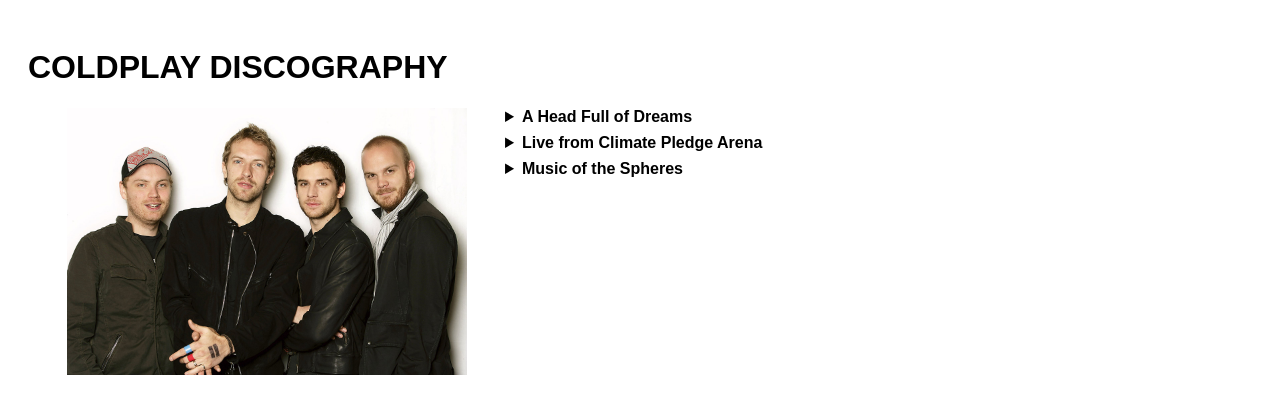
Repository: MelissaJacobi/Frontend-lab-1
Page: /
The author's editor kept a copy of each file at every save. The page is drawn from the files as they stood at one save, then again after the next save.
The browser window is 1280 px wide. The pictures show the whole page.
The project was rebuilt for these pictures with package versions that can differ from the ones it lists, and the page was loaded fresh each time. Also part of the build but not shown: vite.config.js.

Above is the page before, as saved 2024-09-14 16:19:29.

### src/App.jsx
import React from 'react';
import './index.css';

function App() {
  return (
    <div className="app">
      <h1>COLDPLAY DISCOGRAPHY</h1>
      <div className='content'>
        <img className="band-img" src="/public/Coldplay-All-Members.jpg" alt="coldplay members"></img>
        <div className='accordion-container'>
          <details className="accordion">
            <summary className='accordion-header'>A Head Full of Dreams</summary>
              <p>A Head Full of Dreams</p>
              <p>Birds</p>
              <p>Hymn For the Weekend</p>
              <p>Everglow</p>
              <p>Adventure of a Lifetime</p>
              <p>Fun</p>
              <p>keleidoscope</p>
              <p>Army of One</p>
              <p>Amazing day</p>
              <p>Color Spectrum</p>
              <p>Up&Up</p>
              <p>Something just like this</p>
          </details>
          <details className="accordion">
            <summary className='accordion-header'>Live from Climate Pledge Arena</summary>
              <p>Viva la Vida</p>
              <p>Human Heart</p>
              <p>People of Pride</p>
              <p>Fix you</p>
          </details>
          <details className="accordion">
            <summary className='accordion-header'>Music of the Spheres</summary>
              <p>Music of the Spheres</p>
              <p>Higher power</p>
              <p>Humankind</p>
              <p>Alien Choir</p>
              <p>Let somebody go</p>
              <p>Biutyful</p>
              <p>my universe</p>
              <p>infinity sign</p>
              <p>Coloratura</p>
              <p>higher power</p>
              <p>My Universe</p>
            </details>
        </div>

      </div>
    </div>
  );
}

export default App;

### src/index.css
.app {
  font-family: sans-serif;
  padding: 20px;
}

.accordion {
  width: 100%;
  max-width: 600px;
  margin: 0 auto;
}

.band-img {
  width: 400px;
  height: 100%;
  margin: 0 auto;
}

.accordion-item {
  margin-bottom: 10px;
}

.accordion-header {
  font-weight: bold;
  margin: -0.5em -0.5em 0;
  padding: 0.5em;
}

.accordion-content {
  padding: 10px;
  background-color: #fff;
}

.accordion-header:hover {
  background-color: #e0e0e0;
}
.content {
  display: flex;
  width: 60%;
}

Loaded but not shown: index.html (common file); src/main.jsx (common file)

After the next save:
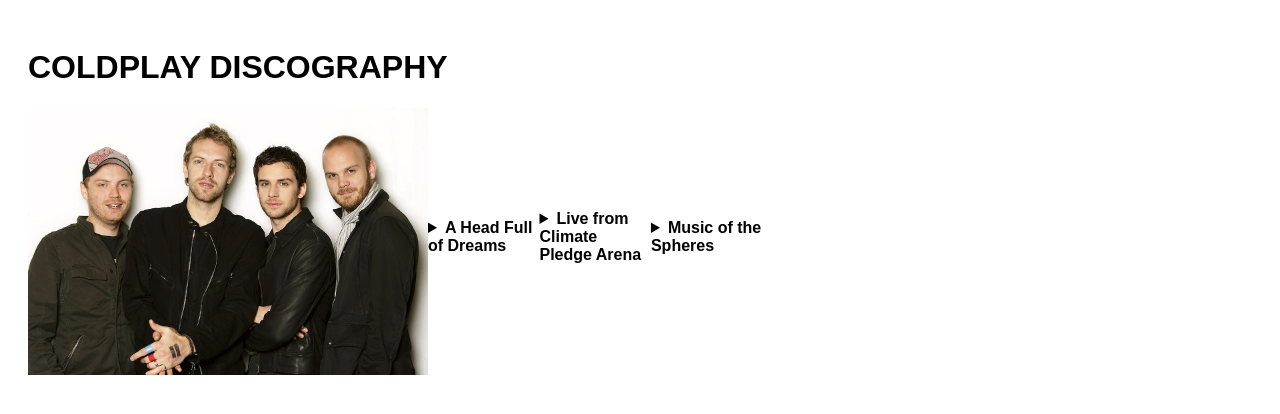
Saved 10 min 2 s later.
--- a/src/index.css
+++ b/src/index.css
@@ -37,3 +37,7 @@
   display: flex;
   width: 60%;
 }
+.accordion-container {
+  display: flex;
+  align-items: center;
+}
